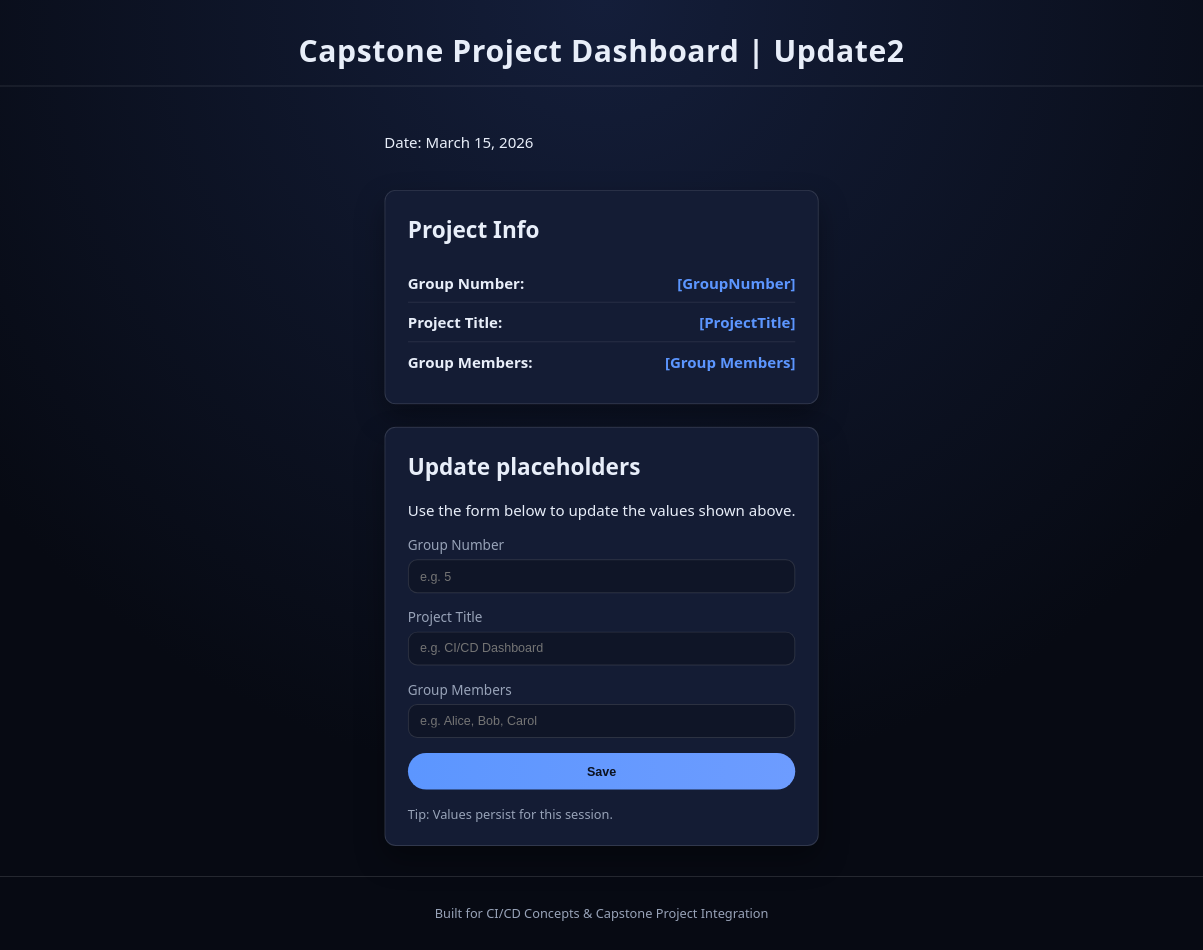
Repository: vatsalpatel3009/GroupNumber6_Cicd
Page: myapp/index.html
The author's editor kept a copy of each file at every save. The page is drawn from the files as they stood at one save, then again after the next save.
The browser window is 1280 px wide. The pictures show the whole page, at 94% of full size.

Above is the page before, as saved 2026-03-17 16:52:50.

After the next save:
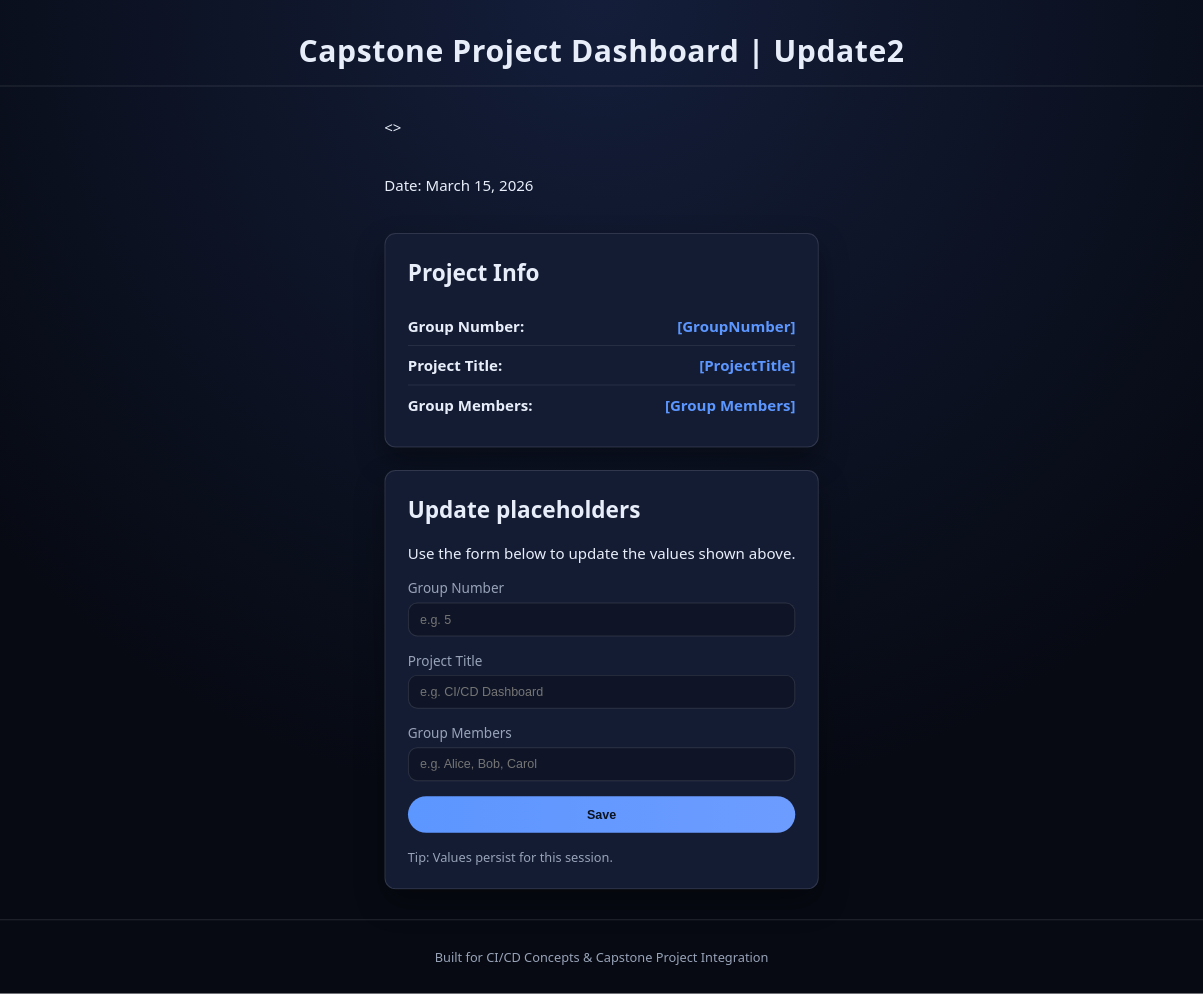
Saved 4 s later.
--- a/myapp/index.html
+++ b/myapp/index.html
@@ -12,7 +12,7 @@
   </header>
 
   <main class="content">
-      <p>Date: March 15, 2026</p>
+      <><p>Date: March 15, 2026</p>
 
 
 

After the save that followed:
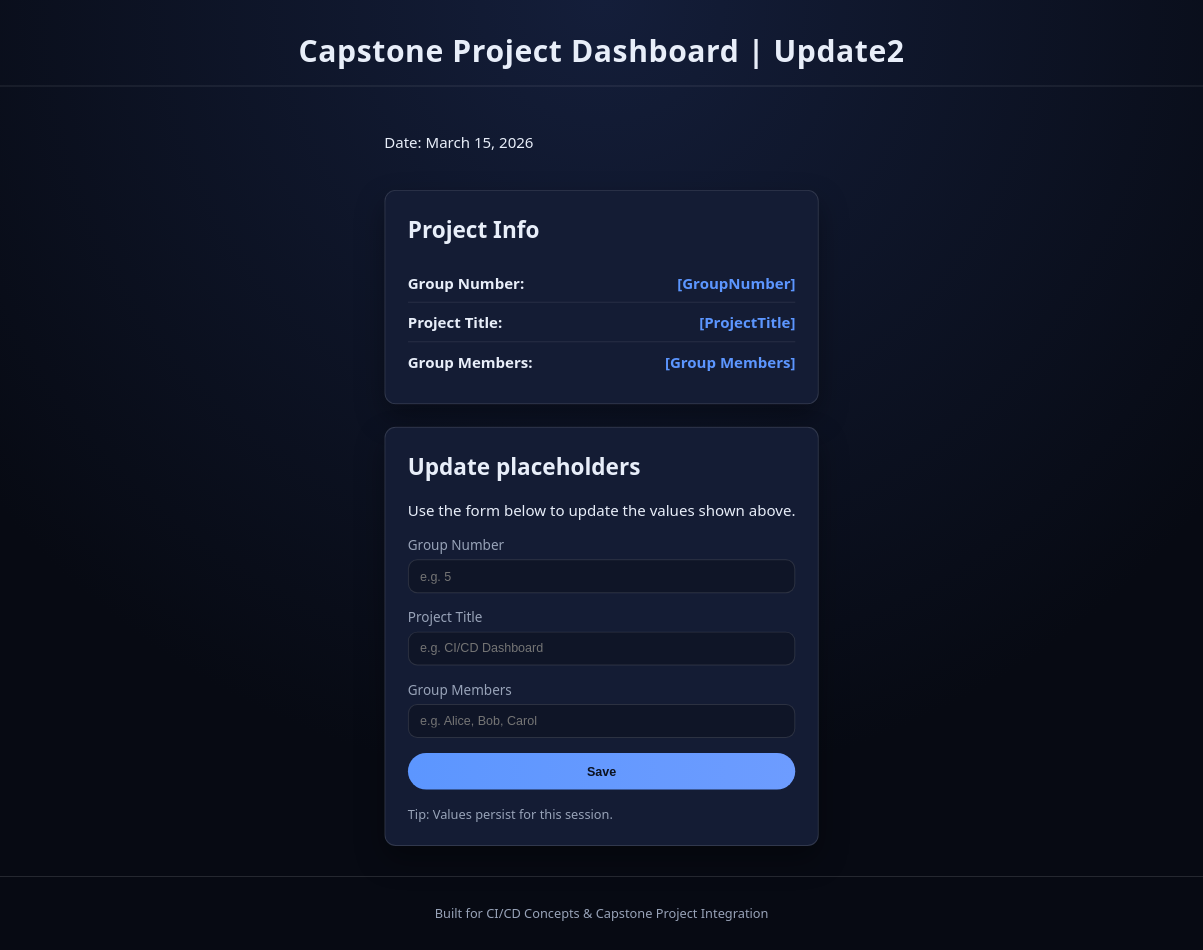
Saved 4 s later.
--- a/myapp/index.html
+++ b/myapp/index.html
@@ -12,7 +12,7 @@
   </header>
 
   <main class="content">
-      <><p>Date: March 15, 2026</p>
+      <p>Date: March 15, 2026</p>
 
 
 
